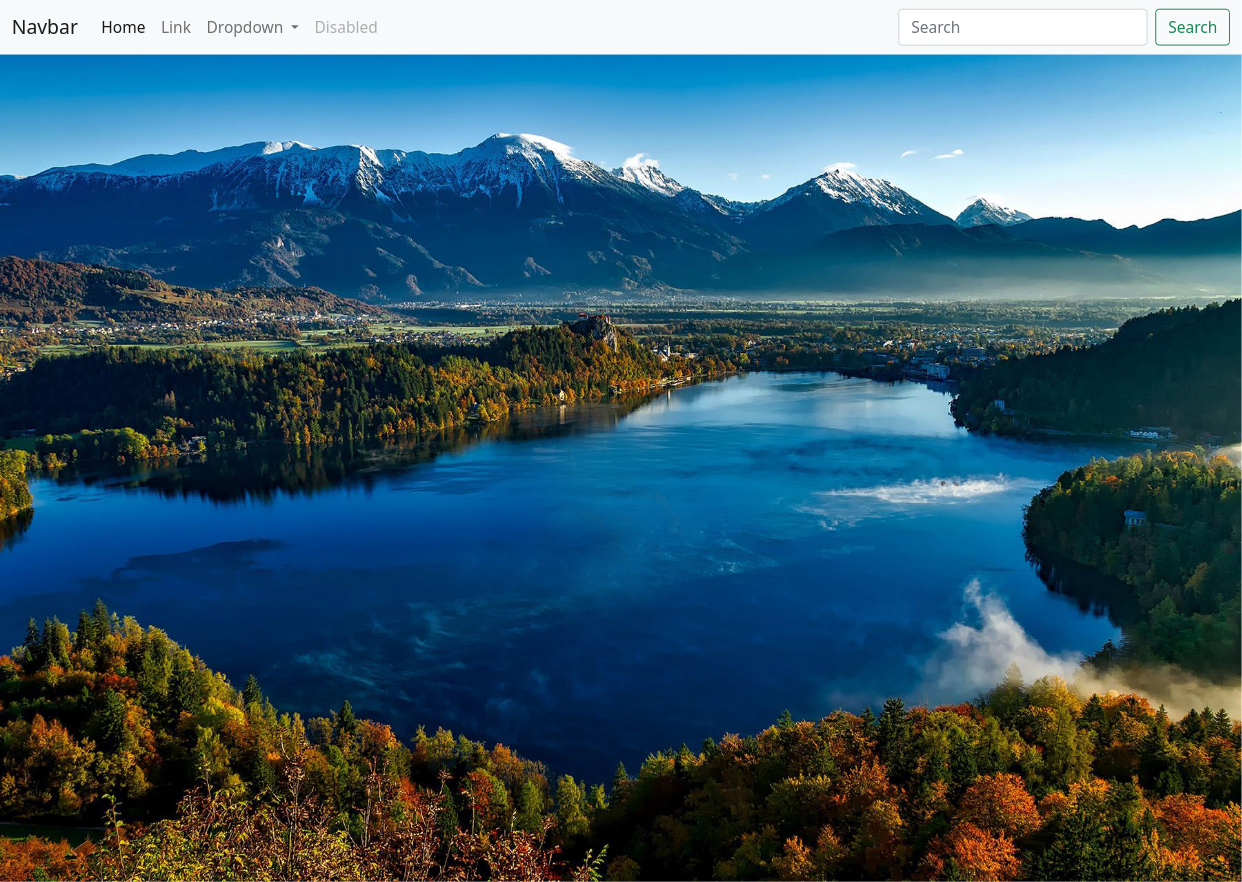
Repository: nptg3105/lab04-landing-page-boostrap5
Page: index.html
An editor plug-in stored every save of this project. The page is shown before and after the next save, followed by the edit.
The browser window is 1280 px wide. The pictures show the whole page, at 97% of full size.

Above is the page before, as saved 2021-12-17 06:07:11.

After the next save:
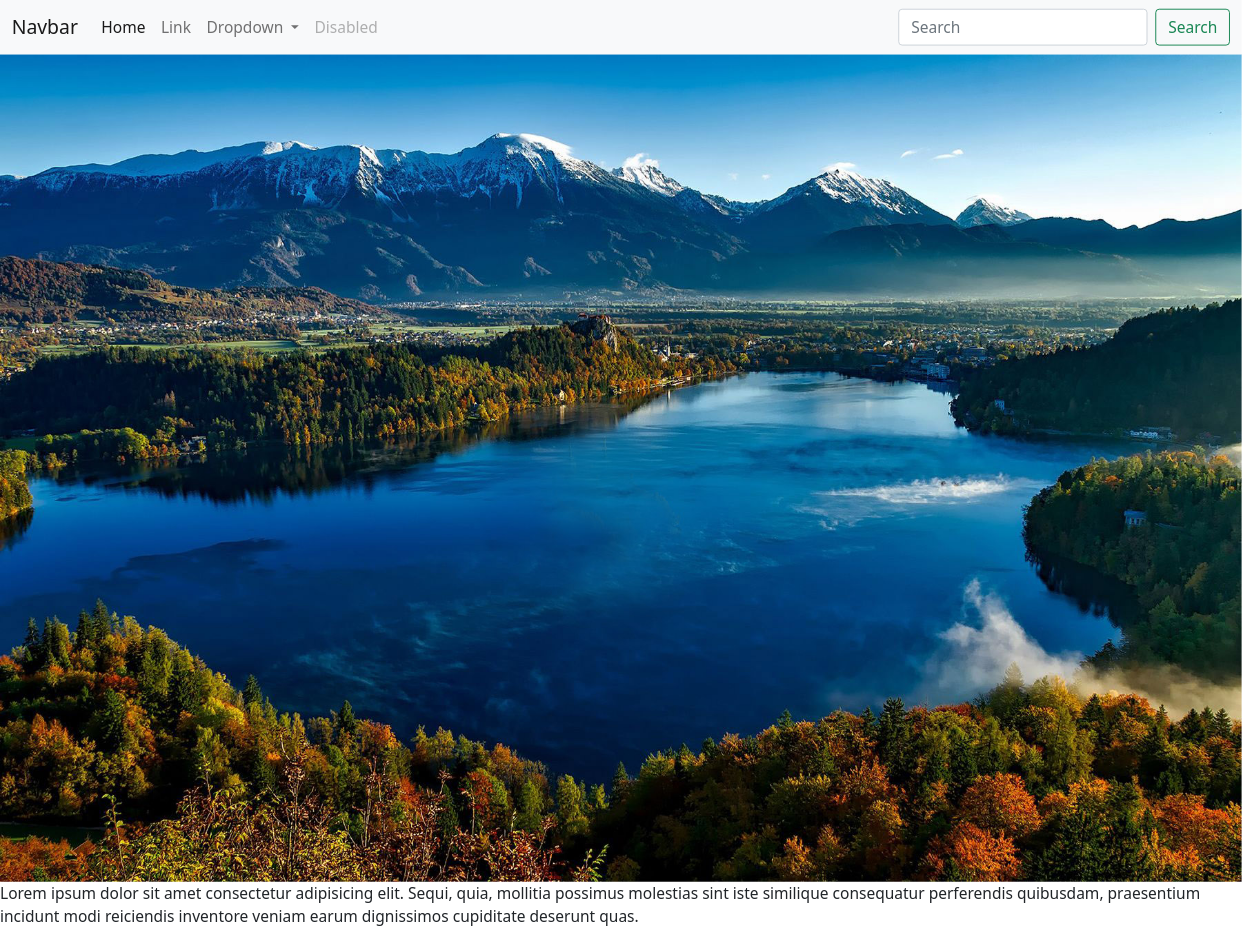
Saved 19 s later.
--- a/index.html
+++ b/index.html
@@ -79,6 +79,12 @@
         <img src="images/hero.jpg" alt="" class="img-fluid" />
       </div>
     </header>
+    <p>
+      Lorem ipsum dolor sit amet consectetur adipisicing elit. Sequi, quia,
+      mollitia possimus molestias sint iste similique consequatur perferendis
+      quibusdam, praesentium incidunt modi reiciendis inventore veniam earum
+      dignissimos cupiditate deserunt quas.
+    </p>
 
     <script
       src="https://cdn.jsdelivr.net/npm/bootstrap@5.1.3/dist/js/bootstrap.bundle.min.js"
